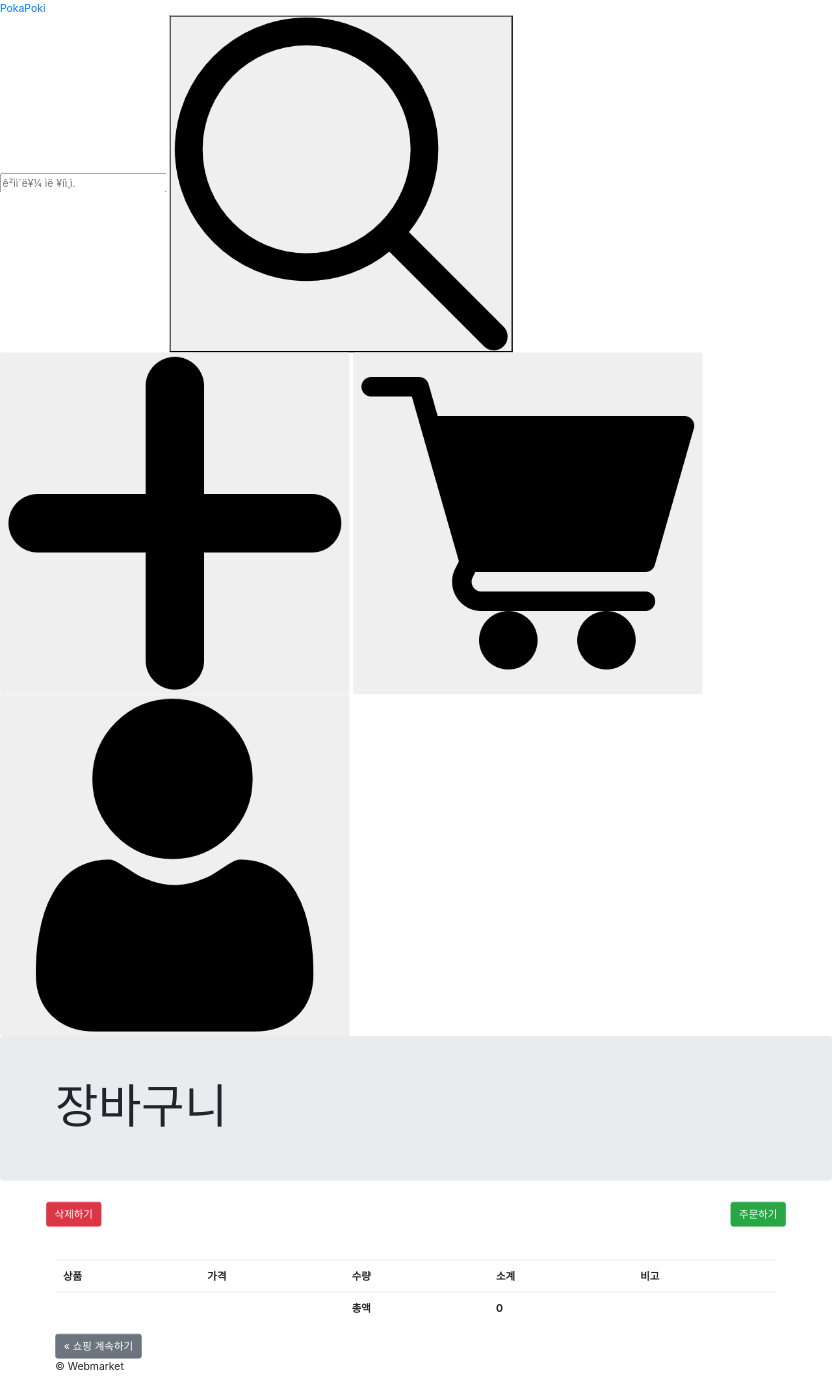
Repository: akwls/PokaPoki
Page: http://localhost/PokaPoki/cart.jsp
An editor plug-in stored every save of this project. The page is shown before and after the next save, followed by the edit.
The browser window is 1280 px wide. The pictures show the whole page, at 65% of full size.
The page is served by Tomcat 9. Other server files are loaded and not shown.

Above is the page before, as saved 2021-12-02 09:20:22.

### PokaPoki/WebContent/cart.jsp
<%@ page language="java" contentType="text/html; charset=UTF-8"
    pageEncoding="UTF-8"%>
<%@page import="dto.Product" %>
<%@page import="java.util.ArrayList" %>
<!DOCTYPE html>
<html>
<head>
<meta charset="UTF-8">
<link rel="stylesheet" href="./resources/css/bootstrap.min.css" />
<%
	String cartId = session.getId();
%>
<title>장바구니</title>
</head>
<body>

	<jsp:include page="menu.jsp" />
	<div class="jumbotron">
		<div class="container">
			<h1 class="display-3">장바구니</h1>
		</div>
	</div>
	<div class="container">
		<div class="row">
			<table width="100%">
				<tr>
					<td align="left">
						<a href="./deleteCart.jsp?cartId=<%= cartId %>" class="btn btn-danger">삭제하기</a>
					</td>
					<td align="right">
						<a href="./shippingInfo.jsp?cartId=<%=cartId %>" class="btn btn-success">주문하기</a>
					</td>
				</tr>
			</table>
		</div>
		<div style="padding-top : 50px">
			<table class="table table-hover">
				<tr>
					<th>상품</th>
					<th>가격</th>
					<th>수량</th>
					<th>소계</th>
					<th>비고</th>
				</tr>
				<%
					int sum = 0;
					ArrayList<Product> cartList = (ArrayList<Product>)session.getAttribute("cartlist");
					if(cartList == null) {
						cartList = new ArrayList<Product>();
					}
					for(int i=0; i<cartList.size(); i++) {
						// 상품 리스트 하나씩 출력하기
						Product product = cartList.get(i);
						int total = product.getUnitPrice();
						sum = sum + total;
				%>
				<tr>
					<td><%= product.getpGroup() %> <%= product.getpMember() %> - <%= product.getDescription() %></td>
					<td><%= product.getUnitPrice() %> </td>
					<td><%= total %></td>
					<td><a href="./removeCart.jsp?id=<%= product.getProductId()%>" class="badge badge-danger">삭제</a></td>
				</tr>
				<%
					}
				%>
				<tr>
					<th></th>
					<th></th>
					<th>총액</th>
					<th><%= sum %></th>
					<th></th>
				</tr>
			</table>
			<a href="./Products.jsp" class="btn btn-secondary">&laquo; 쇼핑 계속하기</a>
		</div>
	</div>
	<jsp:include page="footer.jsp" />
</body>
</html>

### PokaPoki/WebContent/menu.jsp
<nav>
	<div class="nav-container">
		<a href="./Products.jsp" class="nav-title">PokaPoki</a>
		<div class="search-container">
			<input type="text" class="search-input" placeholder="검색어를 입력하세요."/>
			<button class="btn-search" id="btn" type="submit"><img class="btn-img" src="./image/loupe.png"></button>
		</div>
		<button class="btn" id="btn-plus" type="submit"><img class="btn-img" src="./image/plus.png"></button>
		<button class="btn" id="btn-cart" type="submit"><img class="btn-img" src="./image/shopping-cart.png"></button>
		<button class="btn" id="btn-account" type="submit"><img class="btn-img" src="./image/user.png"></button>
	</div>
</nav>

### PokaPoki/WebContent/footer.jsp
<footer class="container">
	<p>&copy; Webmarket</p>
</footer>

Loaded but not shown: PokaPoki/WebContent/resources/css/bootstrap.min.css (library)

After the next save:
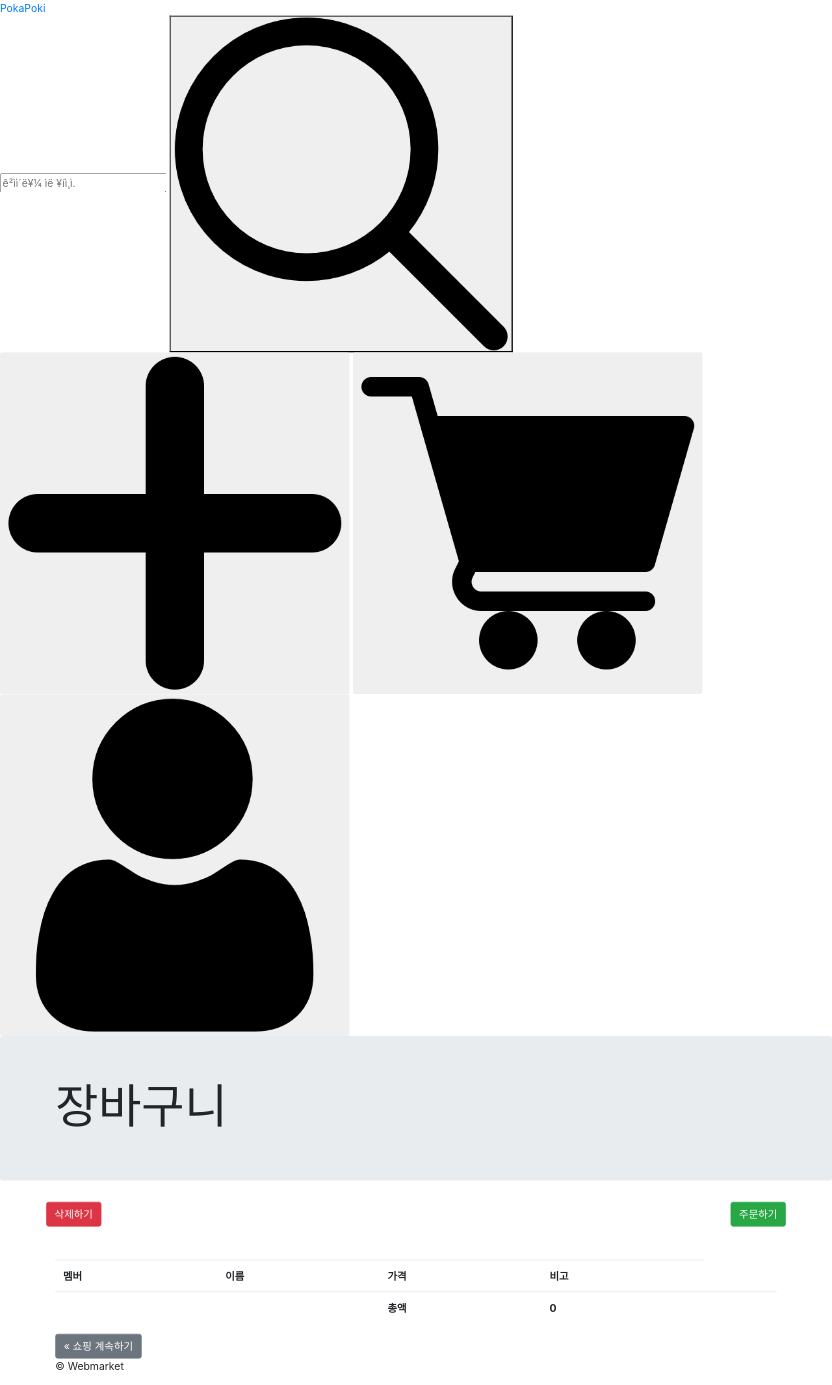
Saved 39 s later.
--- a/PokaPoki/WebContent/cart.jsp
+++ b/PokaPoki/WebContent/cart.jsp
@@ -36,10 +36,9 @@
 		<div style="padding-top : 50px">
 			<table class="table table-hover">
 				<tr>
-					<th>상품</th>
+					<th>멤버</th>
+					<th>이름</th>
 					<th>가격</th>
-					<th>수량</th>
-					<th>소계</th>
 					<th>비고</th>
 				</tr>
 				<%
